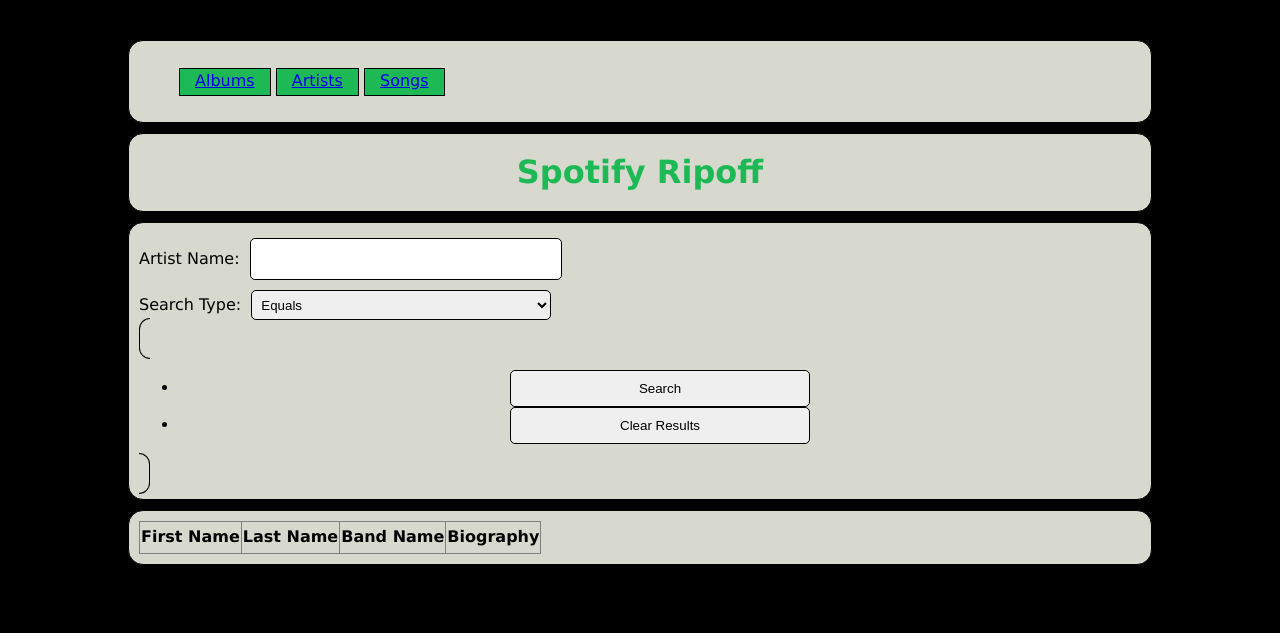
Repository: RRGTHWAR/bkg16_INFSCI1017
Page: bkg16_Music_FinalProject/WebContent/artist.html
The author's editor kept a copy of each file at every save. The page is drawn from the files as they stood at one save, then again after the next save.
The browser window is 1280 px wide. The pictures show the whole page.

Above is the page before, as saved 2019-04-07 20:42:43.

### bkg16_Music_FinalProject/WebContent/artist.html
<!DOCTYPE html>
<html>
<head>
<meta charset="UTF-8">
<title>Artists</title>
<link href="css/style.css" rel="stylesheet" type="text/css" />
<script src="js/jquery-3.3.1.min.js"></script>
</head>
<body>
	<div id="navBar">
		<ul>
			<li><a href="album.html" title="Albums">Albums</a></li>
			<li><a href="artist.html" title="Artists">Artists</a></li>
			<li><a href="song.html" title="Songs">Songs</a></li>
		</ul>
	</div>
	<h1 id="mainHeader" >Spotify Ripoff</h1>
	<div id="artistSearch" class="searchBox" >
		<div>
			Artist Name: <input type="text" id="artistName" name="artistName" value="" class="textField" />
		</div>
		<div>
			Search Type:
			<select name="searchType" id="searchType" class="textField">
				<option value="equals">Equals</option>
				<option value="begins">Begins</option>
				<option value="ends">Ends</option>
				<option value="contains">Contains</option>
				<option value="">All</option>
			</select>
		</div>
		<div id="buttons" >
			<ul>
				<li><input type="button" id="btnSearch" name="btnSubmit" class="actButton" value="Search" /></li>
				<li><input type="button" id="btnClear" name ="btnClear" class="actButton" value="Clear Results" /></li>
			</ul>
		</div>
	</div>

	<div id="searchResults">
		<table border="1" id="tblSearchResults">
			<tr>
				<th>First Name</th>
				<th>Last Name</th>
				<th>Band Name</th>
				<th>Biography</th>
			</tr>
		</table>
	</div>

	</body>
	<script>
		$(document).ready(function (){
			$("#btnSearch").click(function (){
				var artistName = $("#artistName").val();
				var searchType = $("#searchType").val();
				// console.log("Song: " + artistName);
				// console.log("SearchType: " + searchType);
				var url = "ArtistListWS?artistName=" + artistName + "&searchType=" + searchType;
				// console.log(url);
				$.get(url, function(resp){
					parseArtistData(resp);
				})
			});
		});

		function parseArtistData(data){
			//$("#searchResults").text(JSON.stringify(data));
			var result = "";

			for(var i=0; i < data.length; i++) {
				var tr = $("<tr></tr>"); //Created empty html table row

				//First data cell
				var td = $("<td></td>"); //Created empty html table data
				td.html(data[i].first_name);
				tr.append(td);

				//Second data cell
				td = $("<td></td>"); //Note that we don't need to redeclare this
				td.html(data[i].last_name);
				tr.append(td);

				//Third data cell
				td = $("<td></td>"); //Note that we don't need to redeclare this
				td.html(data[i].band_name);
				tr.append(td);

				//Fourth data cell
				td = $("<td></td>"); //Note that we don't need to redeclare this
				td.html(data[i].bio);
				tr.append(td);

				//Append row to table
				$("#tblSearchResults").append(tr);
				//result += 'Title: ' + data[i].title + '<br />';
			}

			//$("#searchResults").html(result);
		}

		//Source: https://memorynotfound.com/detect-enter-keypress-javascript-jquery/
		$(document).keypress(function(e) {
			var keycode = (e.keyCode ? e.keyCode : e.which);
			if (keycode == '13') {
				$("#btnSearch").click();
			}
		});


	</script>
</html>

### bkg16_Music_FinalProject/WebContent/css/style.css
@charset "UTF-8";

html, body {
	background-color: black;
}

body {
	font-family: Verdana, Geneva, sans-serif;
	font-size: 100%;
	width: 80%;
	margin-right: auto;
	margin-left: auto;
	padding: 2.5% 2.5% 0;
	line-height: 1.8;
}

h1, h2, h3, h4, h5, h6, p {
	margin: 0;
	padding: 0;
}

h1, h2, h3, h4, h5, h6 {
	color: #1DB954;
}

p {
	margin-bottom: 1em;
}

#navBar {
	background-color: #D7D9CE;
	border: 1px solid #000;
	padding: 10px;
	border-radius: 15px;
}

#navBar ul li {
	background-color: #1DB954;
	margin-left: 0;
	margin-bottom: 10px;
	padding: 2px 15px 5px;
	border: 1px solid #000;
	list-style: none;
	display: inline;
}

#mainHeader {
	background-color: #D7D9CE;
	border: 1px solid #000;
	padding: 10px;
	margin-top: 10px;
	border-radius: 15px;
	text-align: center;
}

.searchBox {
	background-color: #D7D9CE;
	border: 1px solid #000;
	padding: 10px;
	margin-top: 10px;
	border-radius: 15px;
	margin-bottom: 10px;
}

.textField {
	border: 1px solid #000;
	border-radius: 5px;
	padding: 5px;
	margin: 5px;
	width: 300px;
	height: 30px;
}

#searchResults {
	background-color: #D7D9CE;
	border: 1px solid #000;
	padding: 10px;
	margin-top: 10px;
	border-radius: 15px;
	display: block;
	margin: 0 auto;
}

#buttons {
	background-color: #D7D9CE;
	border: 1px solid #000;
	padding: 10px;
	margin-top: 10px;
	border-radius: 15px;
	text-align: center;
	list-style: none;
	display: inline;
}

input[type=button] {
	border: 1px solid #000;
	padding: 10px;
	border-radius: 5px;
	display: block;
	margin: 0 auto;
	width: 300px;
}

#tblSearchResults {
	border-collapse: collapse;
}

#tblSearchResults tr th td {
	border: 1px solid #000;
	padding: 5px;
	border-collapse: collapse;
	display: inline-block;
	margin: 0 auto;
	text-align: center;
}

Loaded but not shown: bkg16_Music_FinalProject/WebContent/js/jquery-3.3.1.min.js (library)

After the next save:
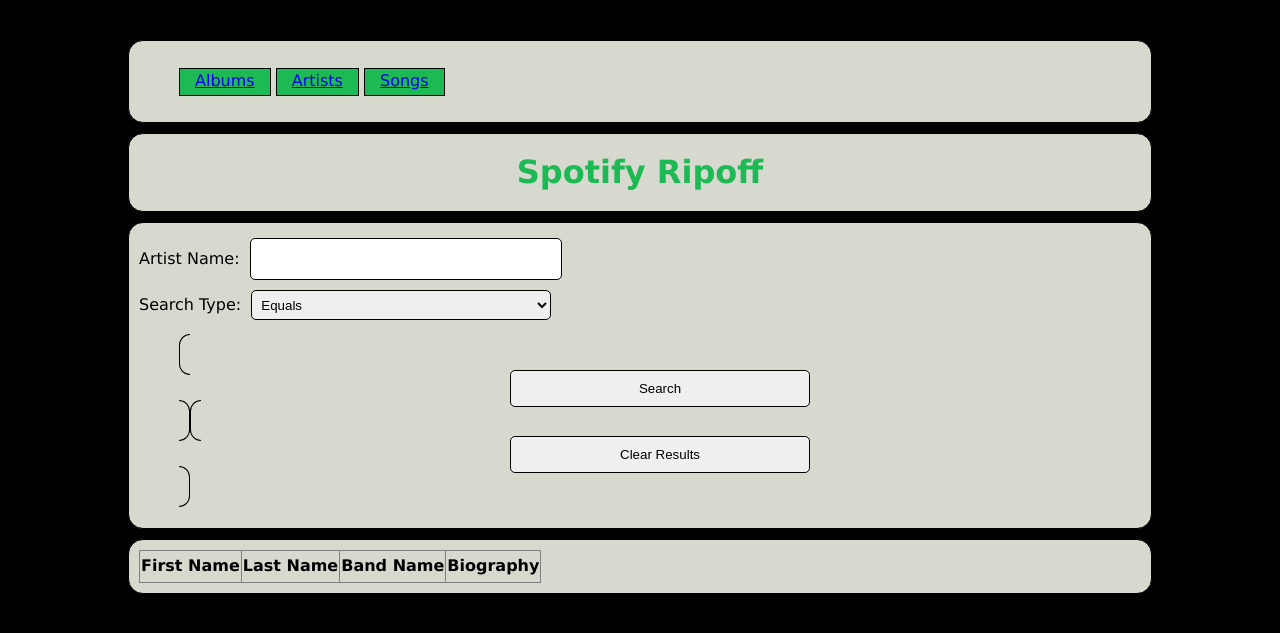
Saved 16 s later.
--- a/bkg16_Music_FinalProject/WebContent/css/style.css
+++ b/bkg16_Music_FinalProject/WebContent/css/style.css
@@ -81,7 +81,7 @@
 	margin: 0 auto;
 }
 
-#buttons {
+#buttons li {
 	background-color: #D7D9CE;
 	border: 1px solid #000;
 	padding: 10px;
